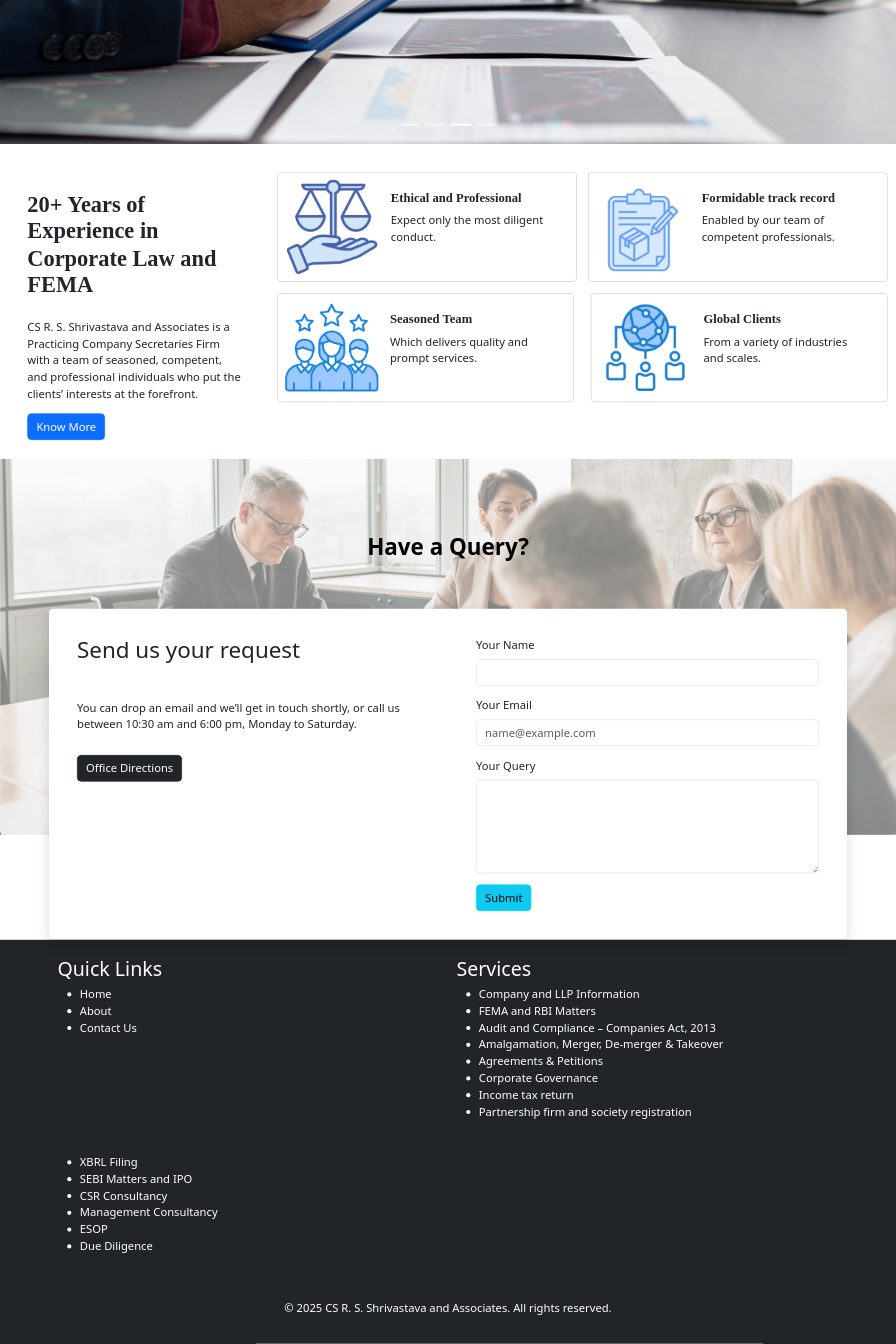
Repository: aayushiss/CS-RSS
Page: index.html
The author's editor kept a copy of each file at every save. The page is drawn from the files as they stood at one save, then again after the next save.
The browser window is 1280 px wide. The pictures show the part of the page from y = 691 to 2611 px (the page is 2611 px tall before and 2467 px after), at 70% of full size.

Above is the page before, as saved 2025-05-24 20:36:17.

### index.html
<!DOCTYPE html>
<html lang="en">

<head>
  <meta charset="UTF-8">
  <meta name="viewport" content="width=device-width, initial-scale=1.0">
  <title>R. S. Shrivastava</title>
  <link href="https://cdn.jsdelivr.net/npm/bootstrap@5.3.3/dist/css/bootstrap.min.css" rel="stylesheet"
    integrity="sha384-QWTKZyjpPEjISv5WaRU9OFeRpok6YctnYmDr5pNlyT2bRjXh0JMhjY6hW+ALEwIH" crossorigin="anonymous">
  <link rel="stylesheet" type="text/css" href="style.css">
</head>

<body>
  <nav class="navbar fixed-top custom-navbar">
    <div class="container-fluid d-flex justify-content-between">
      <a class="navbar-brand"
        href="https://www.google.com/maps/place/R+S+SHRIVASTAVA+%26+ASSOCIATES/@23.2288499,77.4244091,17z/data=!3m1!4b1!4m6!3m5!1s0x397c425fada83073:0xcb1e8ba90a487f4e!8m2!3d23.228845!4d77.426984!16s%2Fg%2F1td0r8v9?entry=ttu&g_ep=EgoyMDI1MDUxMi4wIKXMDSoASAFQAw%3D%3D"
        target="_blank">C-15 BDA Colony, Shivaji Nagar, Bhopal 462016</a>
      <a class="navbar-brand" href="" tel:+919303119842"">+91 9303119842</a>
      <a class="navbar-brand" href="mailto:sahayrajcs@yahoo.com">sahayrajcs@yahoo.com</a>
    </div>
  </nav>
  <div class="navbar-space"></div>

  <nav class="navbar sticky-top second-navbar bg-white">
    <div class="container-fluid d-flex justify-content-between align-items-center">
      <a class="navbar-brand" href="index.html">
        <img src="images/icsi logo.jpg" alt="Logo" height="100rem" class="d-inline-block align-text-top">
      </a>
      <!-- </div> -->
      <div class="d-flex">
        <a class="navbar-brand" href="index.html">Home</a>
        <a class="navbar-brand" href="about.html">About</a>
        <a class="navbar-brand" href="services.html">Services</a>
      </div>
  </nav>

  <div id="carouselExampleCaptions" class="carousel slide" data-bs-ride="carousel" data-bs-interval="2000"
    data-bs-pause="false">
    <div class="carousel-indicators">
      <button type="button" data-bs-target="#carouselExampleCaptions" data-bs-slide-to="0" class="active"
        aria-current="true" aria-label="Slide 1"></button>
      <button type="button" data-bs-target="#carouselExampleCaptions" data-bs-slide-to="1"
        aria-label="Slide 2"></button>
      <button type="button" data-bs-target="#carouselExampleCaptions" data-bs-slide-to="2"
        aria-label="Slide 3"></button>
      <button type="button" data-bs-target="#carouselExampleCaptions" data-bs-slide-to="3"
        aria-label="Slide 4"></button>
    </div>
    <div class="carousel-inner">
      <div class="carousel-item active">
        <img src="images/Trusted corporate governance partner.png" class="d-block w-100" alt="...">
        <div class="carousel-caption d-none d-md-block">
          <!-- <h5>First slide label</h5>
              <p>Some representative placeholder content for the first slide.</p> -->
        </div>
      </div>
      <div class="carousel-item">
        <img src="images/LegalConsultancy.png" class="d-block w-100" alt="...">
      </div>
      <div class="carousel-item">
        <img src="images/companyIncorporation.png" class="d-block w-100" alt="...">
      </div>
      <div class="carousel-item">
        <img src="images/annualFilingReturn.png" class="d-block w-100" alt="...">
      </div>
    </div>
    <button class="carousel-control-prev" type="button" data-bs-target="#carouselExampleCaptions" data-bs-slide="prev">
      <span class="carousel-control-prev-icon" aria-hidden="true"></span>
      <span class="visually-hidden">Previous</span>
    </button>
    <button class="carousel-control-next" type="button" data-bs-target="#carouselExampleCaptions" data-bs-slide="next">
      <span class="carousel-control-next-icon" aria-hidden="true"></span>
      <span class="visually-hidden">Next</span>
    </button>
  </div>
  <div class="container-fluid" style="margin-top: 40px;">

    <div class="row">
      <div class="col-auto" style="width: 30vw;">
        <div class="card" style="border-color: white;">
          <div class="card-body">
            <h5 class="card-title">20+ Years of
              Experience in Corporate Law and FEMA</h5>
            <p class="card-text" style="padding-top: 20px">CS R. S. Shrivastava and Associates is a Practicing Company
              Secretaries Firm with a team of seasoned, competent, and professional individuals who put the clients’
              interests at the forefront.</p>
            <a href="about.html" class="btn btn-primary">Know More</a>
          </div>
        </div>
      </div>
      <div class="col">
        <div class="row row-cols-2 g-3">
          <div class="col">
            <div class="card mb-3">
              <div class="row g-0">
                <div class="col-md-4">
                  <img src="images/8629542.png" class="img-fluid rounded-start" alt="...">
                </div>
                <div class="col-md-8">
                  <div class="card-body">
                    <h5 class="card-title">Ethical and Professional</h5>
                    <p class="card-text">Expect only the most diligent conduct.</p>
                  </div>
                </div>
              </div>
            </div>
          </div>
          <div class="col">
            <div class="card mb-3">
              <div class="row g-0">
                <div class="col-md-4">
                  <img src="images/16919209.png" class="img-fluid rounded-start" alt="...">
                </div>
                <div class="col-md-8">
                  <div class="card-body">
                    <h5 class="card-title">Formidable track record</h5>
                    <p class="card-text">Enabled by our team of competent professionals.</p>
                  </div>
                </div>
              </div>
            </div>
          </div>
        </div>
        <div class="row">
          <div class="col">
            <div class="card mb-3">
              <div class="row g-0">
                <div class="col-md-4">
                  <img src="images/images.png" class="img-fluid rounded-start" alt="...">
                </div>
                <div class="col-md-8">
                  <div class="card-body">
                    <h5 class="card-title">Seasoned Team
                    </h5>
                    <p class="card-text">Which delivers quality and prompt services.</p>
                  </div>
                </div>
              </div>
            </div>
          </div>
          <div class="col">
            <div class="card mb-3">
              <div class="row g-0">
                <div class="col-md-4">
                  <img src="images/11743537.png" class="img-fluid rounded-start" alt="...">
                </div>
                <div class="col-md-8">
                  <div class="card-body">
                    <h5 class="card-title">Global Clients
                    </h5>
                    <p class="card-text">From a variety of industries and scales.</p>
                  </div>
                </div>
              </div>
            </div>
          </div>
        </div>
      </div>
    </div>
  </div>

  <div class="position-relative" style="margin-bottom: 150px;" id="contact-section">
    <img src="images/haveAQuery.jpg" class="img-fluid" alt="..." style="opacity: .5;">
    <h2 class="position-absolute start-50 translate-middle-x text-black fw-bold" style="top: 20%;">
      Have a Query?
    </h2>

    <div class="container-md position-absolute start-50 translate-middle-x" style="top: 40%;">
      <div class="row bg-white rounded shadow">
        <div class="col" style="padding: 40px;">
          <h2>Send us your request</h2>
          <p style="margin-top: 50px;">
            You can drop an email and we’ll get in touch shortly, or call us between 10:30 am and 6:00 pm, Monday to
            Saturday.
          </p>
          <div class="btn btn-dark" style="margin-top: 1rem;">
            <a href="https://www.google.com/maps/place/R+S+SHRIVASTAVA+%26+ASSOCIATES/@23.2288499,77.4244091,17z/data=!3m1!4b1!4m6!3m5!1s0x397c425fada83073:0xcb1e8ba90a487f4e!8m2!3d23.228845!4d77.426984!16s%2Fg%2F1td0r8v9?entry=ttu&g_ep=EgoyMDI1MDUxMi4wIKXMDSoASAFQAw%3D%3D"
              style="color: white; text-decoration: none; padding-top: 20px;" target="_blank">Office Directions</a>
          </div>
        </div>
          <div class="col" style="padding: 40px;">
            <form id="form">
            <div class="mb-3">
              <label for="name" class="form-label">Your Name</label>
              <input class="form-control" id="name" required>
            </div>
            <div class="mb-3">
              <label for="email" class="form-label">Your Email</label>
              <input type="email" class="form-control" id="email" placeholder="name@example.com" required>
            </div>
            <div class="mb-3">
              <label for="query" class="form-label">Your Query</label>
              <textarea class="form-control" id="query" rows="5"></textarea>
            </div>
            <button type="submit" class="btn btn-info">Submit</button>
          </div>
          </form>
      </div>
    </div>
  </div>
  </div>
  <footer class="bg-dark text-white py-4 mt-5">
    <div class="container">
      <div class="row">
        <div class="col">
          <h3>Quick Links</h3>
          <ul class="footer-links">
            <li><a href="index.html">Home</a></li>
            <li><a href="about.html">About</a></li>
            <li><a href="#contact-section">Contact Us</a></li>
          </ul>
        </div>
        <div class="col">
          <h3>Services</h3>
          <ul class="footer-links">
            <li><a href="services.html#Company-and-LLP-Info">Company and LLP Information</a></li>
            <li><a href="services.html#FEMA-and-RBI-Matters">FEMA and RBI Matters</a></li>
            <li><a href="services.html#Audit-and-Compliance">Audit and Compliance – Companies Act, 2013</a></li>
            <li><a href="hncjsd">Amalgamation, Merger, De-merger & Takeover</a></li>
            <li><a href="hncjsd">Agreements & Petitions</a></li>
            <li><a href="hncjsd">Corporate Governance</a></li>
            <li><a href="hncjsd">Income tax return</a></li>
            <li><a href="hncjsd">Partnership firm and society registration
          </ul>
        </div>
        <div class="col" style="margin-top: 2rem;">
          <ul class="footer-links">
            <li><a href="hncjsd">XBRL Filing</a></li>
            <li><a href="hncjsd">SEBI Matters and IPO</a></li>
            <li><a href="hncjsd">CSR Consultancy</a></li>
            <li><a href="hncjsd">Management Consultancy</a></li>
            <li><a href="hncjsd">ESOP</a></li>
            <li><a href="hncjsd">Due Diligence</a></li>
          </ul>
        </div>
      </div>

    </div>
    <p class="text-center mt-5">&copy; 2025 CS R. S. Shrivastava and Associates. All rights reserved.</p>
  </footer>

  <script src="backend/main.js"></script>


  <script src="https://cdn.jsdelivr.net/npm/bootstrap@5.3.3/dist/js/bootstrap.bundle.min.js"
    integrity="sha384-YvpcrYf0tY3lHB60NNkmXc5s9fDVZLESaAA55NDzOxhy9GkcIdslK1eN7N6jIeHz"
    crossorigin="anonymous"></script>
</body>

</html>

### style.css
.custom-navbar {
    background-color: darkblue;
}

.custom-navbar .navbar-brand {
    color: azure;
}

.navbar-space {
    margin-top: 50px;
}

.second-navbar .navbar-brand {
    color: black;
}

.custom-card {
    height: 25vh;
}

.custom-card .card-img {
    height: 100%;
    object-fit: cover;
}

.container-fluid .card {
    padding: 10px;
}

.container-fluid .card-title {
    font-family: 'Times New Roman', Times, serif;
    font-weight: bold;
    font-size: xx-large;
}

.container-fluid .col-md-8 .card-title {
    font-family: 'Times New Roman', Times, serif;
    font-size: large;
}

.footer-links ul {
    list-style: none;
    text-decoration: none;
}

.footer-links a {
    color: white;
    text-decoration: none;
}

### backend/main.js
console.log("Script loaded!");

document.getElementById("form").addEventListener("submit", async function(e) {
    e.preventDefault();

    const name = document.getElementById("name").value;
    const email = document.getElementById("email").value;
    const query = document.getElementById("query").value;

    try {
      const response = await fetch("http://localhost:5050/submit-form", {
        method: "POST",
        headers: {
          "Content-Type": "application/json",
        },
        body: JSON.stringify({ name, email, query }),
      });

      const data = await response.json();
      if (response.ok) {
        alert("Query submitted successfully!");
        document.getElementById("form").reset(); // 👈 Clears all form fields
      } else {
        alert(data.message || "Submission failed.");
      }
    } catch (error) {
      console.error(error);
      alert("There was an error submitting the form.");
    }
  });

After the next save:
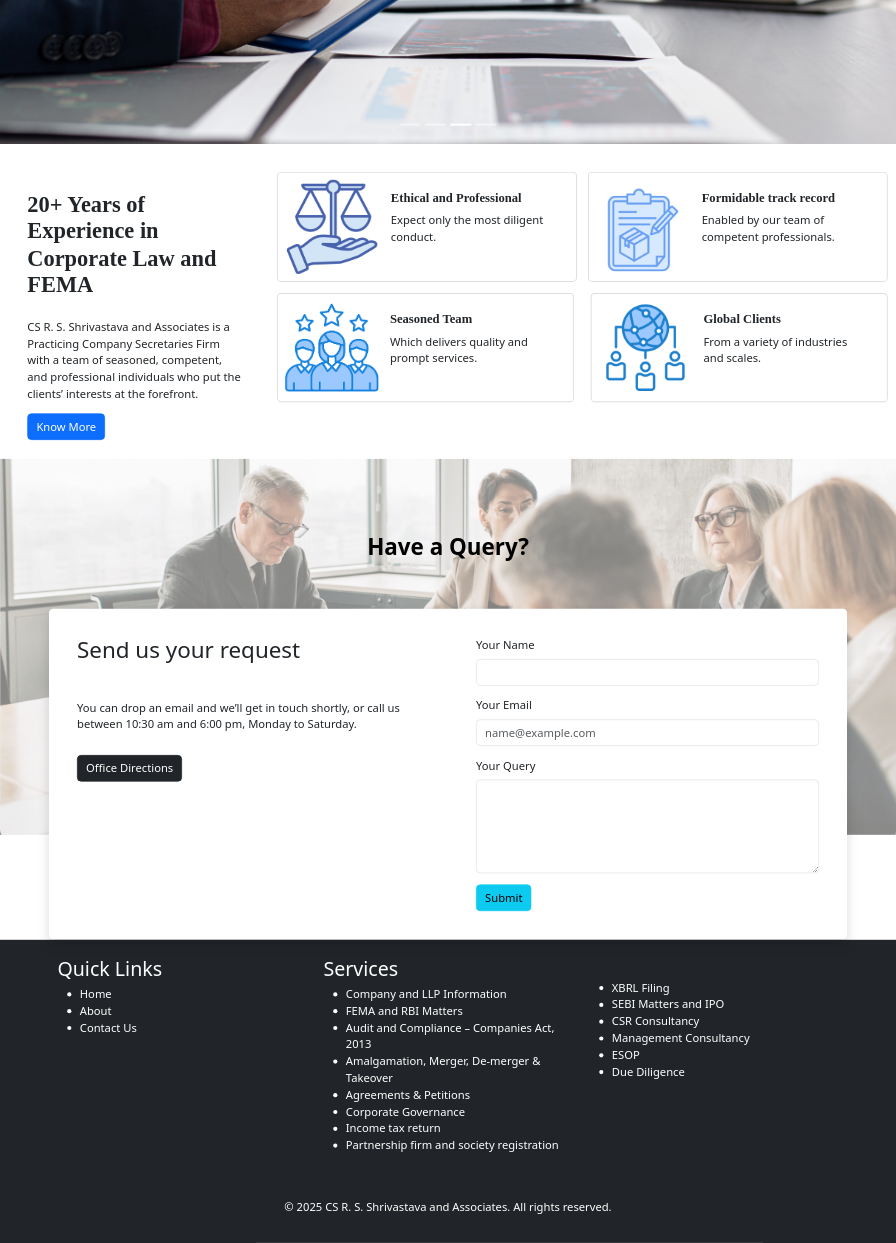
Saved 18 s later.
--- a/index.html
+++ b/index.html
@@ -221,7 +221,7 @@
             <li><a href="hncjsd">Agreements & Petitions</a></li>
             <li><a href="hncjsd">Corporate Governance</a></li>
             <li><a href="hncjsd">Income tax return</a></li>
-            <li><a href="hncjsd">Partnership firm and society registration
+            <li><a href="hncjsd">Partnership firm and society registration</a></li>
           </ul>
         </div>
         <div class="col" style="margin-top: 2rem;">
